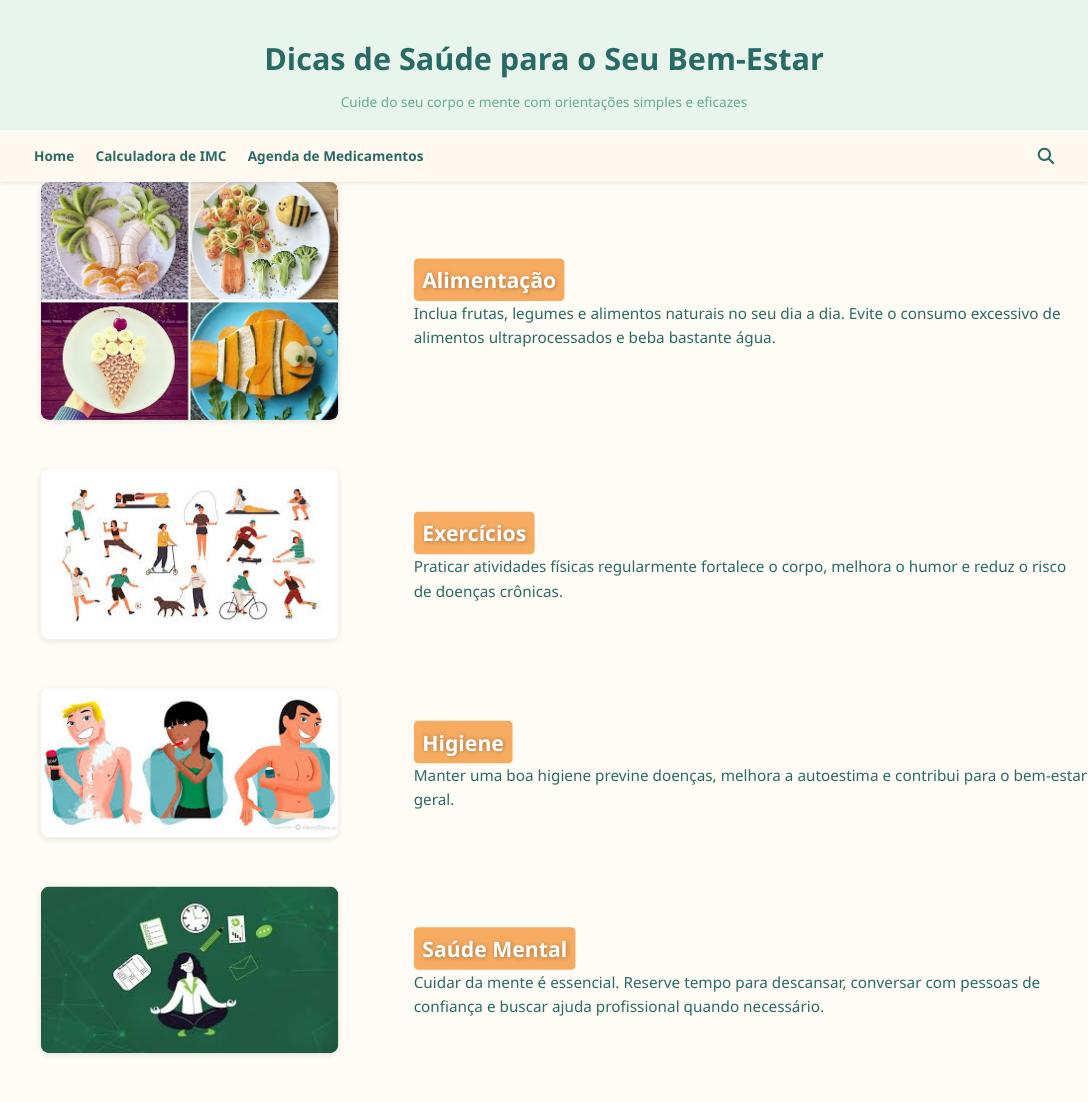
Repository: Cristiane-Sartori14/dicasSaude
Page: index.html
These files come from the project's save history. The page is drawn as it stood at one moment and after the next save; the edit follows.
The browser window is 1280 px wide. The pictures show the whole page, at 85% of full size.

Above is the page before, as saved 2025-05-21 10:47:29.

After the next save:
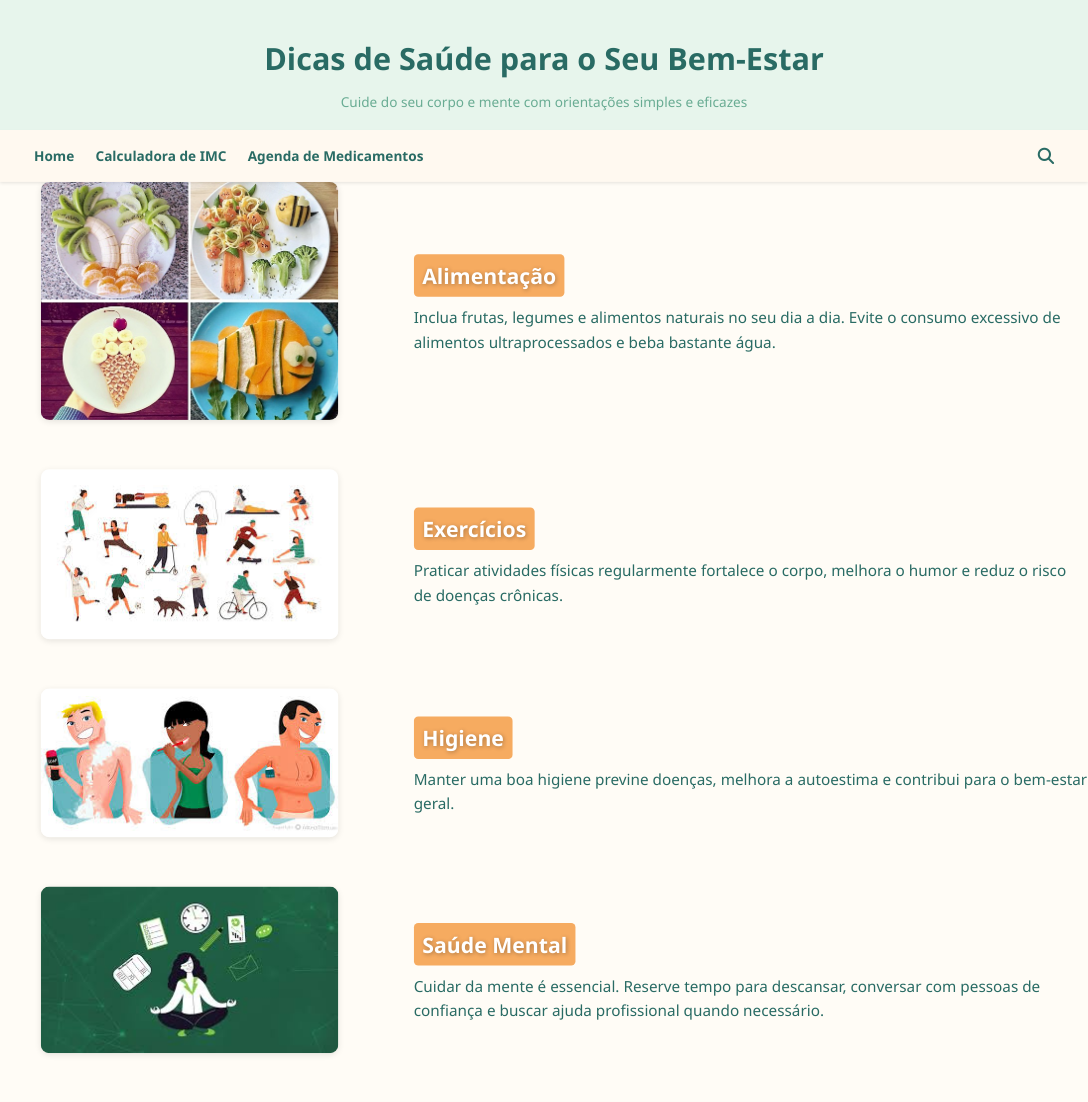
Saved 11 s later.
--- a/style.css
+++ b/style.css
@@ -129,6 +129,7 @@ body {
   font-size: 18px;
   color: #296B64;
   line-height: 1.6;
+   margin-top: 10px;
 }
 
 .health-details {
